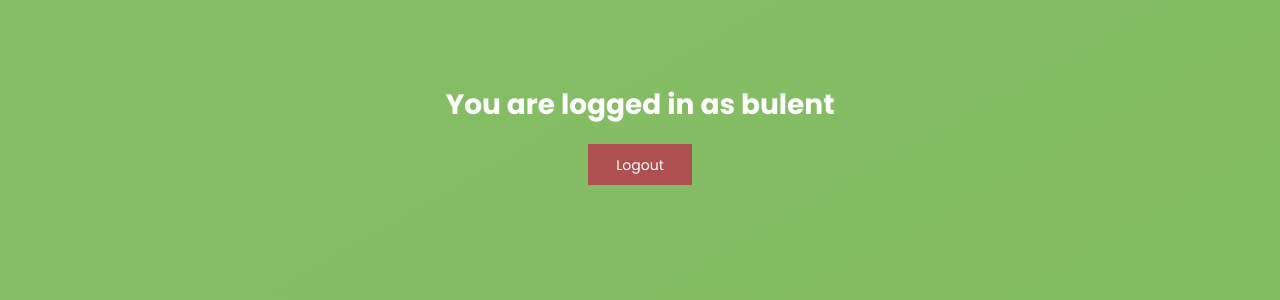
Repository: laurentbul/ApplicationEssai
Page: http://localhost/home.php
The author's editor kept a copy of each file at every save. The page is drawn from the files as they stood at one save, then again after the next save.
The browser window is 1280 px wide. The pictures show the whole page.
The page is run by PHP 8.4 with error messages shown; the project is at /var/www/html/. The session is filled in as if someone had signed in: {"name": "bulent"}. Other server files are loaded and not shown.

Above is the page before, as saved 2023-04-10 01:06:09.

### login-form-php/home.php
<?php

session_start();

if (!isset($_SESSION['name'])) {
  header('location: ./index.php');
  exit;
}

?>

<!DOCTYPE html>
<html lang="en">

<head>
  <meta charset="UTF-8" />
  <meta http-equiv="X-UA-Compatible" content="IE=edge" />
  <meta name="viewport" content="width=device-width, initial-scale=1.0" />
  <title>Login Form PHP MySQL With Session - Sribuhost</title>

  <link rel="stylesheet" href="./style.css" />
</head>

<body>
  <div class="container">
    <div class="information">
      <h1 class="information__title">You are logged in as <?= $_SESSION['name'] ?></h1>
      <a href="./logout.php" class="information__button">Logout</a>
    </div>
  </div>
</body>

</html>

### login-form-php/style.css
@import url("https://fonts.googleapis.com/css2?family=Poppins:wght@400;700&display=swap");

html {
  font-family: "Poppins", sans-serif;
  font-size: 14px;
}

body {
  background-image: linear-gradient(to bottom right, #86be67, #7fba5c);
  color: #444;
  margin: 0;
  min-height: 100vh;
  padding: 0;
}

.container {
  padding: 6rem 0;
}

.box {
  background-color: #fff;
  box-shadow: 0 0 0.5rem rgba(68, 68, 68, 0.5);
  margin: 0 auto;
  padding: 4rem 2rem;
  text-align: center;
  width: 25%;
}

.box__title {
  margin: 0 0 0.25rem;
}

.box__subtitle {
  color: #888;
  margin: 0 0 2rem;
}

.form {
  display: flex;
  flex-direction: column;
  gap: 1rem;
}

.form__input {
  background-color: #eee;
  border: none;
  color: inherit;
  font-family: inherit;
  font-size: 1rem;
  padding: 0.75rem 1.25rem;
}

.form__input::placeholder {
  color: #888;
}

.form__button {
  background-color: #55ae50;
  border: none;
  color: #fff;
  cursor: pointer;
  font-family: inherit;
  font-size: 1rem;
  margin-top: 1rem;
  padding: 0.75rem 2rem;
  transition: all 0.15s;
}

.form__button:hover {
  background-color: rgba(85, 174, 80, 0.875);
}

.information {
  color: #fff;
  text-align: center;
}

.information__title {
  margin: 0 0 2rem;
}

.information__button {
  background-color: #ae5050;
  border: none;
  color: #fff;
  cursor: pointer;
  font-family: inherit;
  font-size: 1rem;
  margin-top: 1rem;
  padding: 0.75rem 2rem;
  text-decoration: none;
  transition: all 0.15s;
}

.information__button:hover {
  background-color: rgba(174, 80, 80, 0.875);
}

.alert {
  background-color: #ae5050;
  color: #fff;
  margin-bottom: 2rem;
  padding: 0.75rem 2rem;
}

After the next save:
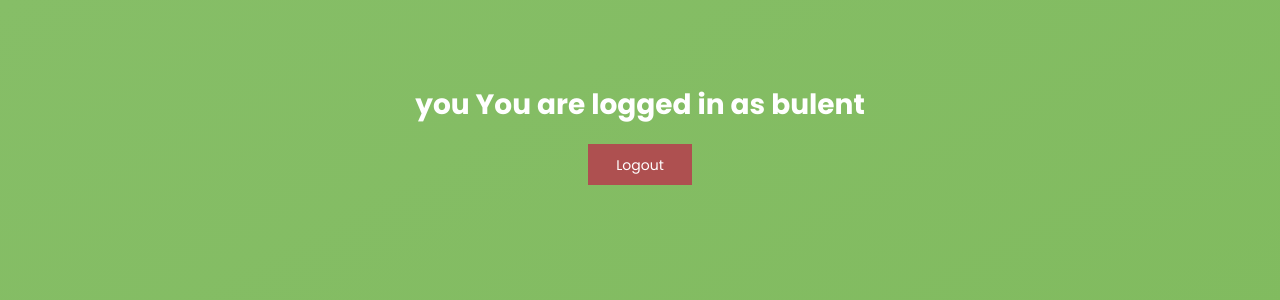
Saved 5 min 49 s later.
--- a/login-form-php/home.php
+++ b/login-form-php/home.php
@@ -24,7 +24,7 @@ if (!isset($_SESSION['name'])) {
 <body>
   <div class="container">
     <div class="information">
-      <h1 class="information__title">You are logged in as <?= $_SESSION['name'] ?></h1>
+      <h1 class="information__title">you You are logged in as <?= $_SESSION['name'] ?></h1>
       <a href="./logout.php" class="information__button">Logout</a>
     </div>
   </div>
